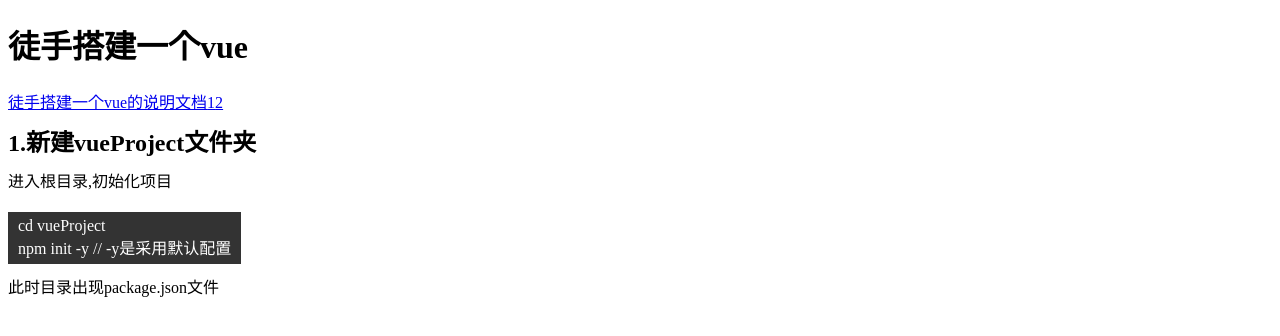
Repository: yuWhy/vue-build-cli
Page: /#/vueBuild
An editor plug-in stored every save of this project. The page is shown before and after the next save, followed by the edit.
The browser window is 1280 px wide. The pictures show the whole page.
The project was rebuilt for these pictures with package versions that can differ from the ones it lists, and the page was loaded fresh each time. Also part of the build but not shown: webpack.config.js, src/router/index.js.

Above is the page before, as saved 2021-02-19 16:06:10.

### index.html
<!DOCTYPE html>
<html lang="en">

<head>
  <meta charset="utf-8">
  <meta http-equiv="X-UA-Compatible" content="IE=edge">
  <meta name="viewport" content="width=device-width,initial-scale=1.0">
</head>

<body>
  <div id="app"></div>
</body>

</html>

### src/main.js
import Vue from 'vue'
import App from "./App.vue"
import router from './router/index.js'

new Vue({
  el: '#app',
  router,
  render: h => h(App)
})

### src/App.vue
<template>
  <div id="app">
    <h1>{{msg}}</h1>
    <router-link to="vueBuild">徒手搭建一个vue的说明文档</router-link>
    <router-link to="hello">1</router-link>
    <router-link to="login">2</router-link>
    <router-view></router-view>
  </div>
</template>

<script>
export default {
  name: 'App',
  data() {
    return {
      msg: '徒手搭建一个vue'
    }
  }
}
</script>

### src/components/vue-build.vue
<template>
  <div>
    <h2>1.新建vueProject文件夹</h2>
    <p>进入根目录,初始化项目</p>
    <div class="dimk">
      cd vueProject <br>
      npm init -y // -y是采用默认配置
    </div>
    <br>
    此时目录出现package.json文件
  </div>
</template>
<script>
export default {
  name: 'vueBuild'
}
</script>
<style scoped>
* {
  padding: 0;
  margin: 10px 0;
}
  .dimk {
    background: #333;
    color: #fff;
    padding: 5px 10px;
    display: inline-block;
  }
</style>

After the next save:
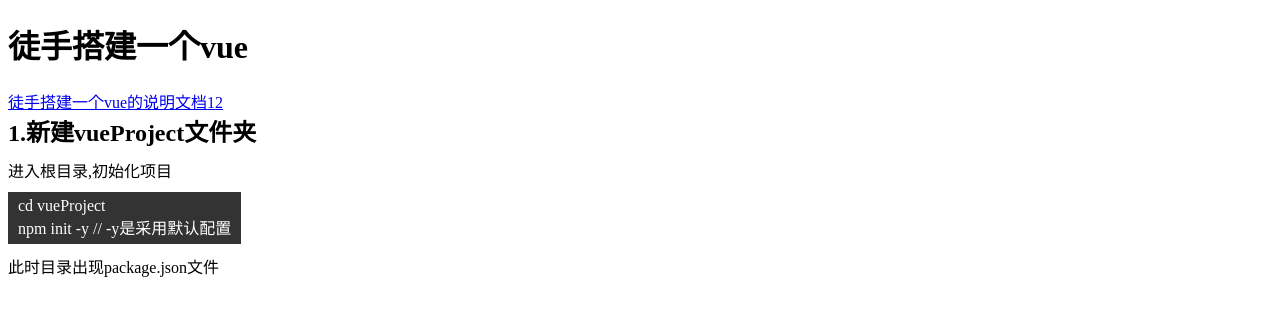
Saved 36 s later.
--- a/src/components/vue-build.vue
+++ b/src/components/vue-build.vue
@@ -18,7 +18,8 @@ export default {
 <style scoped>
 * {
   padding: 0;
-  margin: 10px 0;
+  margin: 0;
+  margin-bottom: 10px;
 }
   .dimk {
     background: #333;
